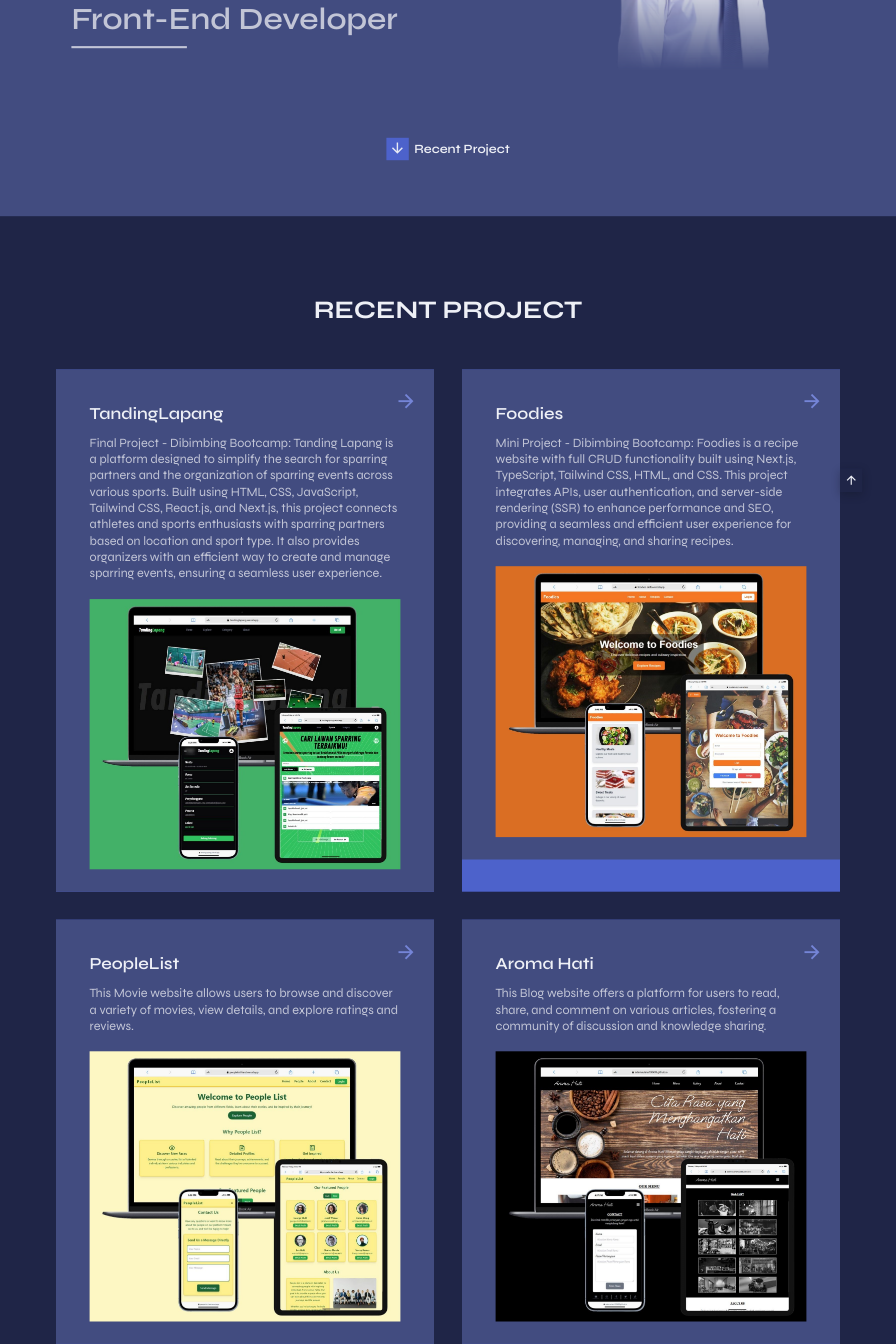
Repository: Ademaulana100499/amgrowth
Page: /
The author's editor kept a copy of each file at every save. The page is drawn from the files as they stood at one save, then again after the next save.
The browser window is 1280 px wide. The pictures show the part of the page from y = 377 to 2297 px (the page is 7447 px tall), at 70% of full size.
Some web fonts or font styles are not loaded; a fallback is used. The project was rebuilt for these pictures with package versions that can differ from the ones it lists, and the page was loaded fresh each time. Also part of the build but not shown: vite.config.js.

Above is the page before, as saved 2025-02-19 16:06:21.

### index.html
<!doctype html>
<html lang="en">
  <head>
    <meta charset="UTF-8" />
    <meta name="viewport" content="width=device-width, initial-scale=1.0" />
    <title>AMgrowth</title>
    <link rel="shortcut icon" href="/assets/img/Favicon.png" />
    <link
      href="https://cdn.jsdelivr.net/npm/remixicon/fonts/remixicon.css"
      rel="stylesheet"
    />

    <link
      rel="stylesheet"
      href="https://fonts.googleapis.com/css2?family=Kite+One&family=Oooh+Baby&family=Orelega+One&family=Poppins:ital,wght@0,100;0,200;0,300;0,400;0,500;0,600;0,700;0,800;0,900;1,100;1,200;1,300;1,400;1,500;1,600;1,700;1,800;1,900&family=Syne:wght@400..800&display=swap"
    />
  </head>
    <div id="root"></div>
    <script type="module" src="/src/main.jsx"></script>
    <script src="https://cdn.jsdelivr.net/npm/@emailjs/browser@4/dist/email.min.js"></script>
    <script src="https://unpkg.com/scrollreveal"></script>
  </body>
</html>

### src/App.jsx
import { Header } from "./components/Header";
import { Home } from "./components/Home";
import { Projects } from "./components/Projects";
import { Info } from "./components/Info";
import { Services } from "./components/Services";
import { Contact } from "./components/Contact";
import { Footer } from "./components/Footer";
import { Scroll } from "./components/Scroll";
import { Reveal } from "./components/Reveal";
function App() {
  const logo = {
    name: "AMgrowth",
    imageWhite: "/assets/img/Logo_White.png",
    imageBlack: "/assets/img/Logo_Black.png",
  };
  const navList = ["Home", "Projects", "My Info", "Services", "Contact Me"];
  const imageHome = "/assets/img/Photo.png";
  const imageInfo = "/assets/img/Photo2.png";
  const footerCopy = "© All rights reserved by Ade Maulana";
  const biodata = {
    firstName: "Ade",
    lastName: "Maulana",
    profession: "Front-End Developer",
    description:
      "With a strong passion for web development and a background in Informatics Engineering, I am transitioning into a career as a Front-End Web Developer. Skilled in HTML, CSS, JavaScript, TypeScript, React.js, and Next.js, I specialize in building responsive, high-performance, and user-friendly web applications. Experienced in UI/UX principles, state management, API integration, and website optimization, I am committed to continuous learning and delivering modern, efficient web solutions",
    cv: "/assets/pdf/CV Ade Maulana.pdf",
  };
  const projects = [
    {
      id: 1,
      title: "TandingLapang",
      description:
        "Final Project - Dibimbing Bootcamp: Tanding Lapang is a platform designed to simplify the search for sparring partners and the organization of sparring events across various sports. Built using HTML, CSS, JavaScript, Tailwind CSS, React.js, and Next.js, this project connects athletes and sports enthusiasts with sparring partners based on location and sport type. It also provides organizers with an efficient way to create and manage sparring events, ensuring a seamless user experience.",
      image: "/assets/img/tandinglapang.jpg",
    },
    {
      id: 2,
      title: "Foodies",
      description:
        "Mini Project - Dibimbing Bootcamp: Foodies is a recipe website with full CRUD functionality built using Next.js, TypeScript, Tailwind CSS, HTML, and CSS. This project integrates APIs, user authentication, and server-side rendering (SSR) to enhance performance and SEO, providing a seamless and efficient user experience for discovering, managing, and sharing recipes.",
      image: "/assets/img/foodies.jpg",
    },
    {
      id: 3,
      title: "PeopleList",
      description:
        "This Movie website allows users to browse and discover a variety of movies, view details, and explore ratings and reviews.",
      image: "/assets/img/peoplelist.jpg",
    },
    {
      id: 4,
      title: "Aroma Hati",
      description:
        "This Blog website offers a platform for users to read, share, and comment on various articles, fostering a community of discussion and knowledge sharing.",
      image: "/assets/img/aromahati.jpg",
    },
    {
      id: 5,
      title: "Fitness Website",
      description:
        "This Fitness website provides users with workout plans, nutrition tips, and progress tracking to help them achieve their fitness goals.",
      image: "/assets/img/fittnes web.avif",
    },
  ];
  const experience = [
    {
      id: 1,
      company: "PT. Victory Chingluh Indonesia",
      profession: "Shipping Officer",
      date: "12/2018 - 07/2024",
      description:
        "Experienced in managing delivery orders with high accuracy using Excel, monitoring stock through SAP, and improving operational efficiency and delivery coordination, with skills in logistics management, inventory, and effective communication.",
    },
    {
      id: 2,
      company: "PT Midi Utama Indonesia, Tbk",
      profession: "Sales Assistant",
      date: "06/2018 - 12/2018",
      description:
        "Experienced in delivering excellent customer service, providing clear product information, and staying updated on new products and promotions to boost customer satisfaction and engagement. Skilled in promoting products and exceeding sales targets through proactive interactions and recommendations, with a focus on teamwork and adaptability.",
    },
    {
      id: 3,
      company: "CV Radjawali",
      profession: "Printing Operator",
      date: "07/2017 - 05/2018",
      description:
        "Experienced in accurately preparing print files, ensuring consistent print quality, and reducing the need for reprints. Skilled in maintaining printing machines to enhance operational efficiency, minimize downtime, and boost productivity.",
    },
  ];
  const education = [
    {
      id: 1,
      university: "Dibimbing.id Bootcamp",
      major: "Front-End Web Development",
      date: "09/2024 - 02/2025",
      description:
        "Learning HTML, CSS, JavaScript, and TypeScript, and utilizing React.js and Next.js to build responsive and high-performance user interfaces. Experienced in UI/UX design slicing, website optimization, and problem-solving algorithms. Skilled in team collaboration using Git/GitHub and committed to continuous learning and staying updated with the latest web technologies.",
    },
    {
      id: 2,
      university: "Institut Teknologi dan Bisnis Bina Sarana Global",
      major: "Informatics Engineering",
      date: "09/2020 - 11/2024",
      description:
        "Studied Informatics Engineering, covering software development, algorithms, data structures, databases, system design, cybersecurity, and AI. Gained expertise in computing principles, system analysis, and application optimization. Experienced in Agile and Scrum methodologies, web development frameworks, UI/UX design, data processing, and problem-solving using algorithms and programming logic.",
    },
  ];
  const skills = [
    {
      id: 1,
      skill: "HTML",
      image: "/assets/img/html.svg",
    },
    {
      id: 2,
      skill: "CSS",
      image: "/assets/img/css.svg",
    },
    {
      id: 3,
      skill: "JavaScript",
      image: "/assets/img/javascript.svg",
    },
    {
      id: 4,
      skill: "React",
      image: "/assets/img/react.svg",
    },
    {
      id: 5,
      skill: "Next.js",
      image: "/assets/img/nextjs.svg",
    },
    {
      id: 6,
      skill: "Git",
      image: "/assets/img/git.svg",
    },
    {
      id: 7,
      skill: "GitHub",
      image: "/assets/img/github.svg",
    },
    {
      id: 8,
      skill: "Tailwind",
      image: "/assets/img/tailwind.png",
    },
    {
      id: 9,
      skill: "Bootstrap",
      image: "/assets/img/bootstrap.png",
    },
    {
      id: 10,
      skill: "Figma",
      image: "/assets/img/figma.svg",
    },
  ];

  const services = [
    {
      id: 1,
      title: "Web Development",
      icon: "ri-code-s-slash-line",
      description:
        "Building functional, secure, and user-friendly websites with features tailored to user needs.",
    },
    {
      id: 2,
      title: "Web Design",
      icon: "ri-pencil-ruler-2-line",
      description:
        "Designing visually appealing and professional website layouts that reflect the brand identity and provide an engaging visual experience.",
    },
    {
      id: 3,
      title: "Responsive Web Design",
      icon: "ri-layout-2-line",
      description:
        "Creating responsive websites compatible across various devices, ensuring an optimal user experience on desktops, tablets, and smartphones.",
    },
  ];
  const socialMedia = [
    {
      id: 1,
      name: "github",
      icon: "ri-github-line",
      link: "https://github.com/Ademaulana100499",
    },
    {
      id: 2,
      name: "linkedin",
      icon: "ri-linkedin-box-line",
      link: "https://www.linkedin.com/in/ademaulana-/",
    },
    {
      id: 3,
      name: "instagram",
      icon: "ri-instagram-line",
      link: "https://www.instagram.com/ade_maulana._/",
    },
  ];

  return (
    <div>
      <Header logo={logo} navList={navList} />
      <main>
        <Home imageHome={imageHome} biodata={biodata} />
        <Projects projects={projects} />
        <Info
          imageInfo={imageInfo}
          biodata={biodata}
          experience={experience}
          skills={skills}
          education={education}
        />
        <Services services={services} />
        <Contact socialMedia={socialMedia} />
        <Footer navList={navList} footerCopy={footerCopy} />
      </main>
      <Scroll />
      <Reveal />
    </div>
  );
}

export default App;

### src/components/Home/index.jsx
import "./style.css";
export const Home = (props) => {
  const { imageHome, biodata } = props;
  return (
    <section className="home section" id="home">
      <div className="container grid home__container">
        <img
          id="image_home"
          src={imageHome}
          alt="image"
          className="home__img"
        />
        <div className="home__data">
          <h1 className="home__name">
            {biodata.firstName} <br /> {biodata.lastName}
          </h1>
          <h3 className="home__profession">{biodata.profession}</h3>
        </div>
        <a href="#projects" className="home__scroll">
          <div className="home__scroll-box">
            <i className="ri-arrow-down-line"></i>
          </div>
          <span className="home__scroll-text">Recent Project</span>
        </a>
      </div>
    </section>
  );
};

### src/components/Projects/index.jsx
import "./style.css";
export const Projects = (props) => {
  const { projects } = props;
  return (
    <section className="projects section" id="projects">
      <h2 className="section__title">RECENT PROJECT</h2>
      <div className="grid container projects__container">
        {projects.map((item) => (
          <article className="project__card" key={item.id}>
            <a
              href={item.link}
              target="_blank"
              className="project__overlay"
            ></a>
            <a href={item.link} target="_blank" className="project__link">
              <h2 className="project__title">{item.title}</h2>
              <p className="project__description">{item.description}</p>
              <img src={item.image} alt="image" className="project__img" />
              <i className="ri-arrow-right-line"> </i>
            </a>
          </article>
        ))}
      </div>
    </section>
  );
};

### src/components/Services/index.jsx
import "./style.css";
export const Services = (props) => {
  const { services } = props;
  return (
    <section className="services section" id="services">
      <h2 className="section__title">SERVICES</h2>
      <div className="container grid services__container">
        {services.map((item) => (
          <article className="services__card" key={item.id}>
            <i className={`services__icon ${item.icon}`}></i>
            <h3 className="services__title">{item.title}</h3>
            <p className="services__description">{item.description}</p>
          </article>
        ))}
      </div>
    </section>
  );
};

### src/components/Footer/index.jsx
import "./style.css";
export const Footer = (props) => {
  const { navList, footerCopy } = props;
  return (
    <footer className="footer" id="footer">
      <div className="container grid footer__container">
        <ul className="footer__links">
          <li>
            <a href="#home" className="footer__link">
              {navList[0]}
            </a>
          </li>
          <li>
            <a href="#projects" className="footer__link">
              {navList[1]}
            </a>
          </li>
          <li>
            <a href="#my info" className="footer__link">
              {navList[2]}
            </a>
          </li>
        </ul>
        <span className="footer__copy">{footerCopy}</span>
      </div>
    </footer>
  );
};

### src/components/Scroll/index.jsx
import React, { useEffect } from "react";
import "./style.css";

export const Scroll = () => {
  useEffect(() => {
    const scrollUp = () => {
      const scrollUp = document.getElementById("scroll-up");
      if (window.scrollY >= 350) {
        scrollUp.classList.add("show-scroll");
      } else {
        scrollUp.classList.remove("show-scroll");
      }
    };
    window.addEventListener("scroll", scrollUp);
    return () => {
      window.removeEventListener("scroll", scrollUp);
    };
  }, []);

  return (
    <a href="#" className="scrollup" id="scroll-up">
      <i className="ri-arrow-up-line"></i>
    </a>
  );
};

### src/components/Reveal/index.jsx
import React, { useEffect } from "react";

export const Reveal = () => {
  useEffect(() => {
    const sr = ScrollReveal({
      origin: "top",
      distance: "60px",
      duration: 2500,
      delay: 400,
    });

    sr.reveal(".home__data, .experience, .skills, .contact__container");
    sr.reveal(".home__img", { delay: 500 });
    sr.reveal(".home__scroll", { delay: 700 });
    sr.reveal(".project__card, .services__card", { interval: 100 });
    sr.reveal(".about__content", { origin: "right" });
    sr.reveal(".about__img", { origin: "left" });

    return () => {
      sr.destroy();
    };
  }, []);
  return <div></div>;
};

### src/components/Theme/index.jsx
import React, { useState, useEffect } from "react";
import "./style.css";

const Theme = ({ logo, setLogoSrc }) => {
  const [isLightMode, setIsLightMode] = useState(false);

  useEffect(() => {
    const savedTheme = localStorage.getItem("lightmode");
    if (savedTheme === "active") {
      setIsLightMode(true);
    } else {
      setIsLightMode(false);
    }
  }, []);

  useEffect(() => {
    if (isLightMode) {
      document.body.classList.add("lightmode");
      localStorage.setItem("lightmode", "active");
      setLogoSrc(logo.imageBlack);
    } else {
      document.body.classList.remove("lightmode");
      localStorage.setItem("lightmode", null);
      setLogoSrc(logo.imageWhite);
    }
  }, [isLightMode, logo.imageBlack, logo.imageWhite, setLogoSrc]);

  const toggleTheme = () => {
    setIsLightMode((prevMode) => !prevMode);
  };

  return (
    <button
      id="theme-switch"
      className="theme-switch"
      onClick={toggleTheme}
      style={{ cursor: "pointer" }}
    >
      {isLightMode ? (
        <i className="ri-moon-line"></i>
      ) : (
        <i className="ri-sun-line"></i>
      )}
    </button>
  );
};

export default Theme;

### src/components/Projects/style.css
/* Projects */
.projects {
  background-color: var(--container-color);
}
.project__card {
  background-color: var(--first-color);
}
.project__img {
  width: 100%;
}
.project__link {
  display: block;
  position: relative;
  background-color: var(--body-color);
  padding: 2rem 1.5rem 1.5rem 1.5rem;
  color: var(--text-color);
  transition: transform 0.4s;
}
.project__title {
  font-size: var(--h3-font-size);
  margin-bottom: 0.75rem;
}

.project__description {
  margin-bottom: 1.5rem;
}
.project__link i {
  position: absolute;
  top: 1.8rem;
  right: 1.5rem;
  font-size: 1.5rem;
  color: var(--first-color-light);
  transition: transform 0.4s;
}
.project__link:hover {
  transform: translateY(-0.35rem);
}

.project__link:hover i {
  transform: translateX(0.5rem);
}

/* BREAKPOINTS */

/* For medium devices */
@media screen and (min-width: 540px) {
  .projects__container {
    grid-template-columns: 350px;
    justify-content: center;
  }
}

@media screen and (min-width: 768px) {
  .projects__container {
    grid-template-columns: repeat(2, 390px);
  }
}

/* for large devices */
@media screen and (min-width: 1150px) {
  .section__title {
    margin-bottom: 4rem;
  }
  .projects__container {
    grid-template-columns: repeat(2, 540px);
    gap: 2.5rem;
  }
  .project__link {
    padding: 3rem 3rem 2rem;
  }
  .project__title {
    font-size: var(--h2-font-size);
    margin-bottom: 1rem;
  }
  .project__link i {
    font-size: 2rem;
  }
}

### src/components/Services/style.css
/* SERVICES */
.services {
  background-color: var(--container-color);
}
.services__container {
  row-gap: 2rem;
}

.services__icon {
  display: block;
  color: var(--first-color-light);
  font-size: 2rem;
  margin-bottom: 1dvb;
}

.services__title {
  font-size: var(--h3-font-size);
  margin-bottom: 0.75rem;
}

/* BREAKPOINTS */

/* For small devices */
@media screen and (max-width: 300px) {
  .container {
    margin-inline: 1rem;
  }
}

/* For medium devices */
@media screen and (min-width: 540px) {
  .services__container {
    grid-template-columns: 350px;
    justify-content: center;
  }
}

@media screen and (min-width: 768px) {
  .services__container {
    grid-template-columns: repeat(2, 320px);
  }
}

/* for large devices */
@media screen and (min-width: 1150px) {
  .container {
    margin-inline: auto;
  }
  .section {
    padding-block: 7rem 5rem;
  }
  .section__title {
    margin-bottom: 4rem;
  }

  .services__container {
    grid-template-columns: repeat(2, 350px);
    gap: 6rem 13rem;
  }
  .services__icon {
    font-size: 2.5rem;
    margin-bottom: 1.5rem;
  }
}

### src/components/Footer/style.css
/* FOOTER */
.footer {
  background-color: var(--container-color);
}

.footer__container {
  row-gap: 3rem;
  padding-block: 3rem 2rem;
}

.footer__links {
  display: flex;
  justify-content: center;
  column-gap: 2.5rem;
}
.footer__link {
  font-weight: var(--font-semi-bold);
  color: var(--title-color);
  transition: color 0.4s;
}
.footer__link:hover {
  color: var(--first-color-light);
}
.footer__copy {
  font-size: var(--small-font-size);
  color: var(--title-color);
  text-align: center;
}

/* BREAKPOINTS */

/* For small devices */
@media screen and (max-width: 300px) {
  .container {
    margin-inline: 1rem;
  }
}

/* for large devices */
@media screen and (min-width: 1150px) {
  .container {
    margin-inline: auto;
  }
  .section {
    padding-block: 7rem 5rem;
  }

  .footer__container {
    padding-block: 3rem;
    grid-template-columns: repeat(2, max-content);
    justify-content: space-between;
  }
  .footer__links {
    column-gap: 4rem;
    order: 1;
  }
  .scrollup {
    right: 3rem;
  }
}

### src/components/Scroll/style.css
/* SCROLL BAR */
::-webkit-scrollbar {
  width: 0.6rem;
  background-color: hsl(var(--hue), 20%, 20%);
}
::-webkit-scrollbar-thumb {
  background-color: hsl(var(--hue), 20%, 30%);
}
::-webkit-scrollbar-thumb:hover {
  background-color: hsl(var(--hue), 20%, 40%);
}

/* SCROLL UP */
.scrollup {
  position: fixed;
  right: 1rem;
  bottom: -50%;
  background-color: var(--container-color);
  padding: 6px;
  color: var(--title-color);
  display: inline-flex;
  font-size: 1.25rem;
  box-shadow: 0 4px 12px hsla(var(--hue), 30%, 8%, 0.3);
  z-index: var(--z-tooltip);
  transition: bottom 0.4s, transform 0.4s;
}
.scrollup:hover {
  transform: translateY(-0.5rem);
}

/* SHOW SCROLL */
.show-scroll {
  bottom: 3rem;
}

/* BREAKPOINTS */

@media screen and (min-width: 1150px) {
  .scrollup {
    right: 3rem;
  }
}

### src/components/Theme/style.css
#theme-switch {
  height: 30px;
  width: 30px;
  border-radius: 50%;
  background-color: var(--first-color-light);
  display: flex;
  justify-content: center;
  align-items: center;
}
#theme-switch:hover {
  cursor: pointer;
}
#theme-switch i {
  fill: var(--body-color);
  color: var(--text-color);
}

Loaded but not shown: src/main.jsx (common file); src/components/Header/style.css (313 lines, source omitted); src/components/Info/style.css (186 lines, source omitted); src/index.css (154 lines, source omitted); src/components/Info/index.jsx (71 lines, source omitted); src/components/Header/index.jsx (90 lines, source omitted); src/components/Home/style.css (132 lines, source omitted); src/components/Contact/index.jsx (82 lines, source omitted); src/components/Contact/style.css (119 lines, source omitted)

After the next save:
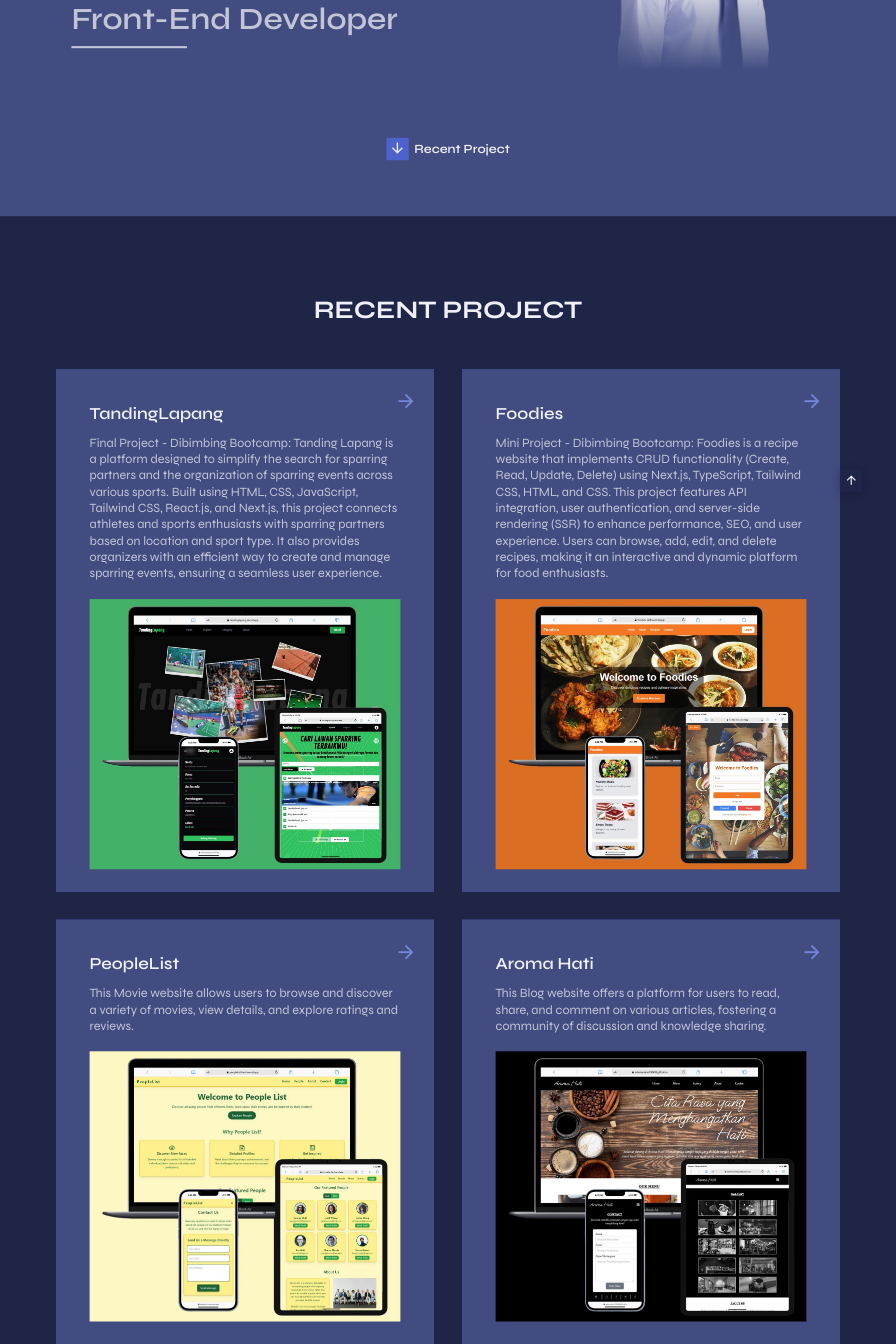
Saved 45 s later.
--- a/src/App.jsx
+++ b/src/App.jsx
@@ -37,7 +37,7 @@
       id: 2,
       title: "Foodies",
       description:
-        "Mini Project - Dibimbing Bootcamp: Foodies is a recipe website with full CRUD functionality built using Next.js, TypeScript, Tailwind CSS, HTML, and CSS. This project integrates APIs, user authentication, and server-side rendering (SSR) to enhance performance and SEO, providing a seamless and efficient user experience for discovering, managing, and sharing recipes.",
+        "Mini Project - Dibimbing Bootcamp: Foodies is a recipe website that implements CRUD functionality (Create, Read, Update, Delete) using Next.js, TypeScript, Tailwind CSS, HTML, and CSS. This project features API integration, user authentication, and server-side rendering (SSR) to enhance performance, SEO, and user experience. Users can browse, add, edit, and delete recipes, making it an interactive and dynamic platform for food enthusiasts.",
       image: "/assets/img/foodies.jpg",
     },
     {
